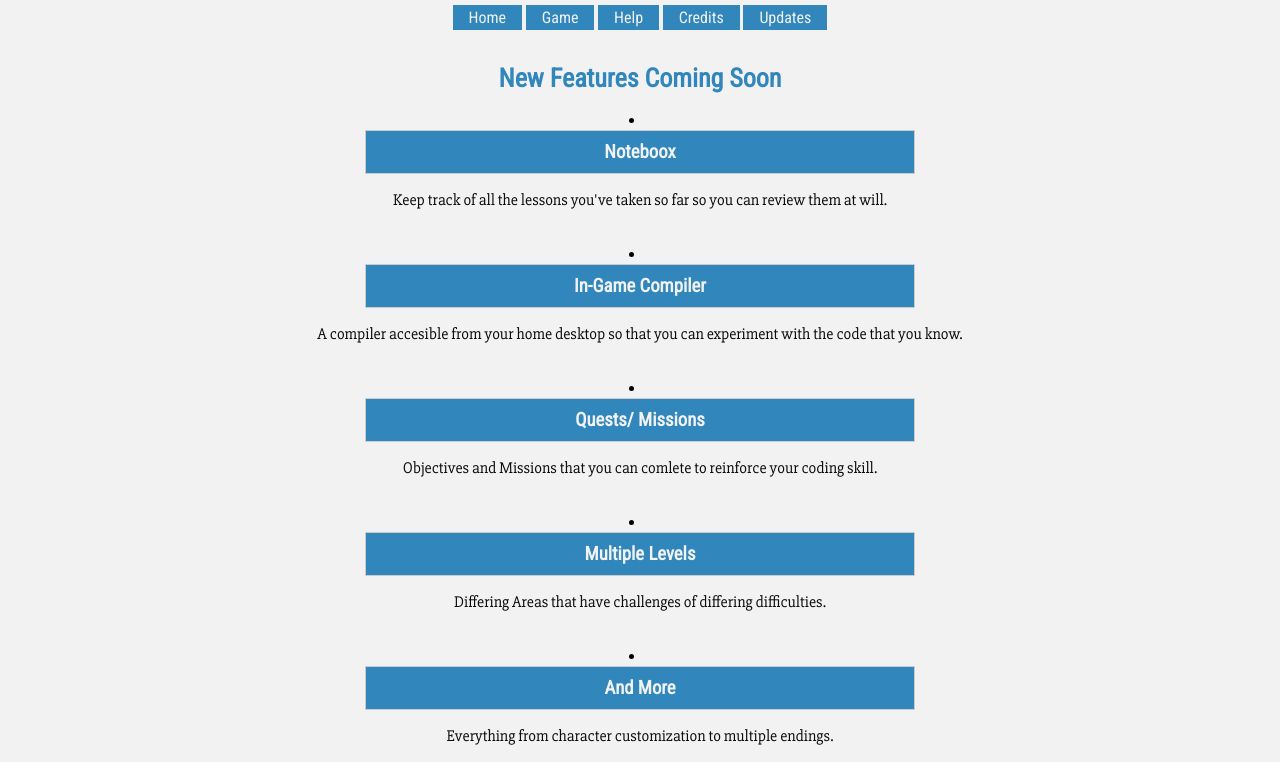
Repository: AmrEl-Azizi/Learning-Hacks-Website
Page: root/updates.html
The author's editor kept a record of every edit. The page is drawn from the files as they stood at one moment, then again after the next edit.
The browser window is 1280 px wide. The pictures show the whole page.

Above is the page before.

After the next edit:
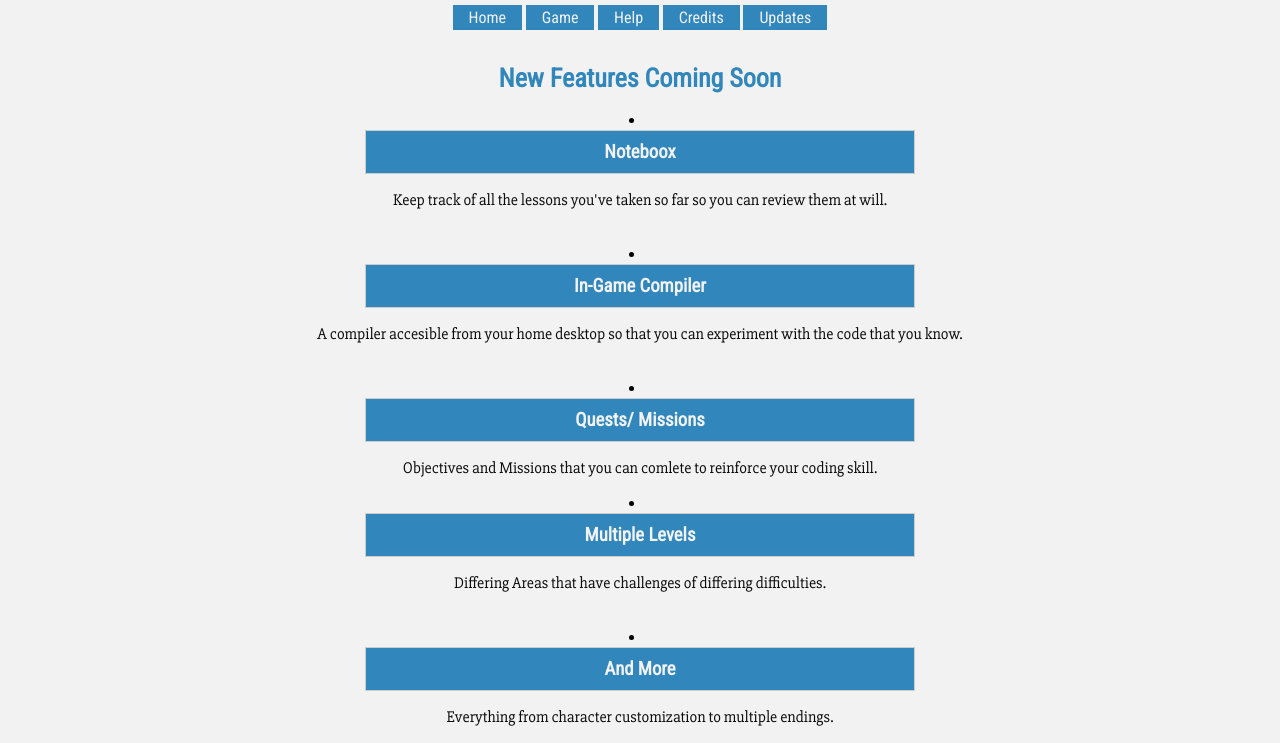
The edit:
--- a/root/updates.html
+++ b/root/updates.html
@@ -32,7 +32,7 @@
                 <li>
                     <h3 class = "creditHeader">Quests/ Missions</h3>
                     <p>Objectives and Missions that you can comlete to reinforce your coding skill.</p>
-                </li>
+                </li
                 </br>
                 <li>
                     <h3 class = "creditHeader">Multiple Levels</h3>
